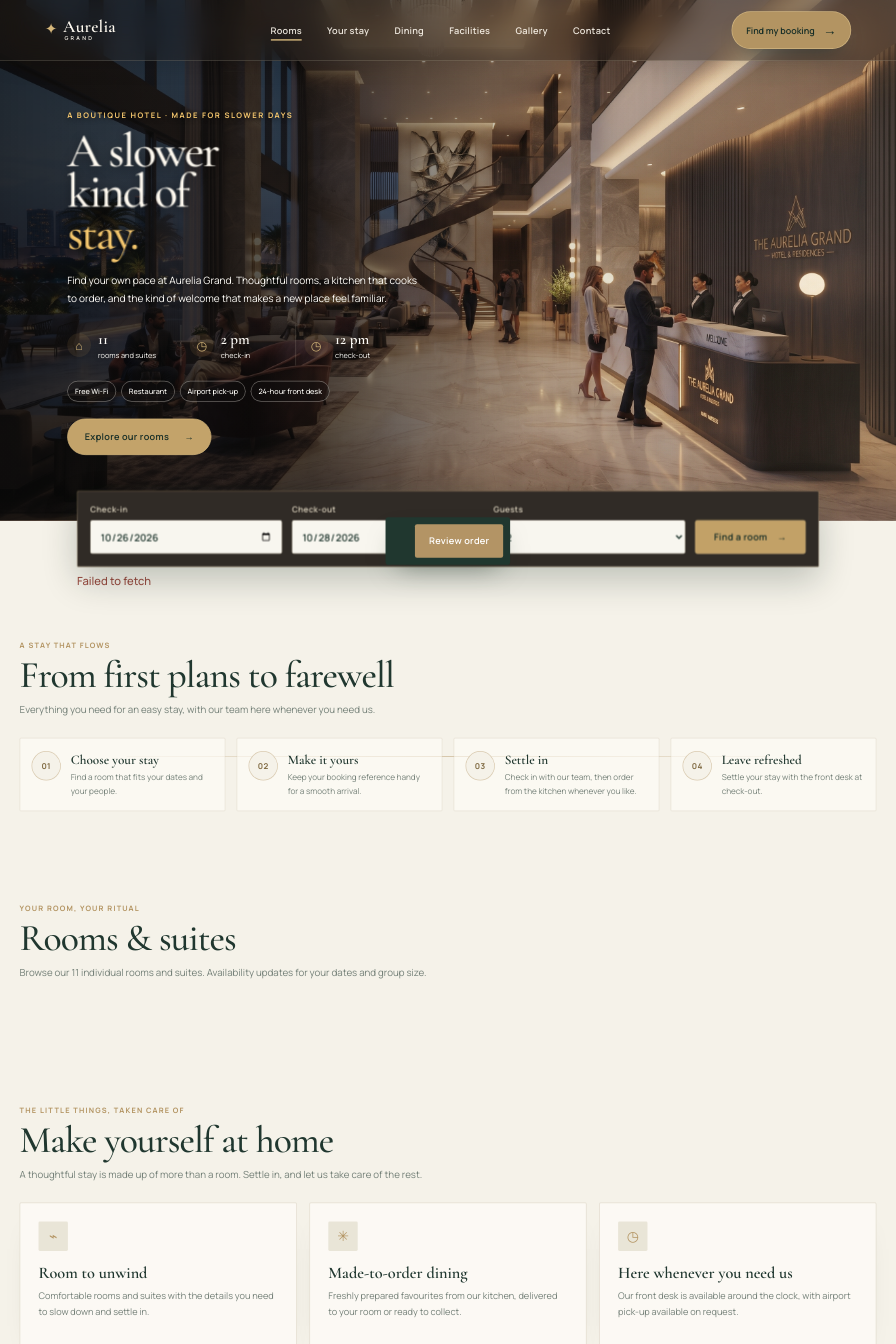
Repository: Deneththri/Hotel-System
Page: public/index.html
These files come from the project's save history. The page is drawn as it stood at one moment and after the next save; the edit follows.
The browser window is 1280 px wide. The pictures show the part of the page from y = 0 to 1920 px (the page is 3656 px tall), at 70% of full size.
The page's requests for data from a server got no answer.

Above is the page before, as saved 2026-11-08 14:23:28.

After the next save:
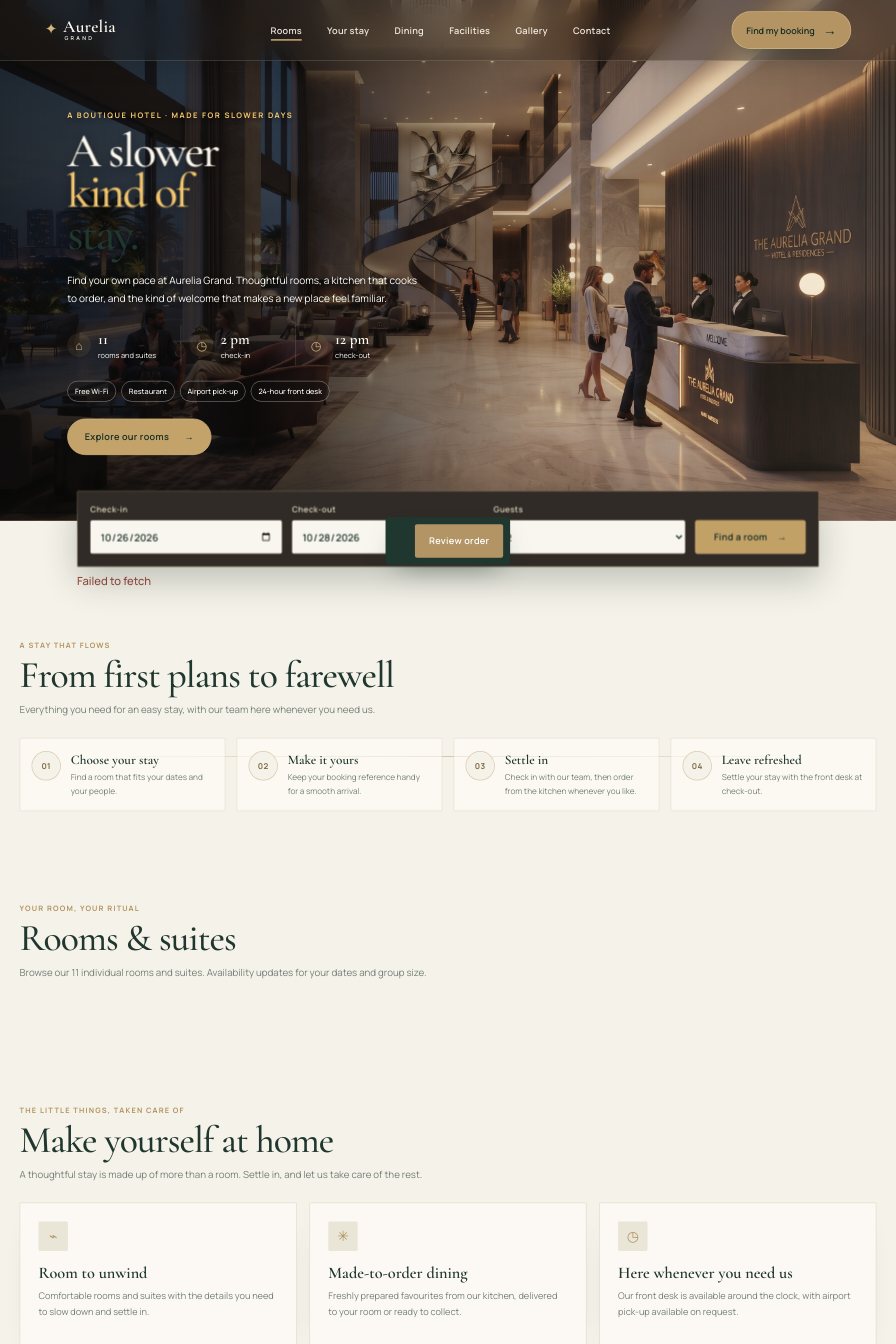
Saved 69 s later.
--- a/public/index.html
+++ b/public/index.html
@@ -36,7 +36,7 @@
     <section class="hero" id="top" aria-labelledby="heroTitle">
       <div class="hero-copy">
         <p class="eyebrow">A BOUTIQUE HOTEL · MADE FOR SLOWER DAYS</p>
-        <h1 class="hero-title" id="heroTitle"><span>A slower</span><span>kind of</span><span>stay.</span></h1>
+        <h1 class="hero-title" id="heroTitle"><span>A slower</span><span>kind of</span>stay.</span></h1>
         <p class="lead">Find your own pace at Aurelia Grand. Thoughtful rooms, a kitchen that cooks to order, and the kind of welcome that makes a new place feel familiar.</p>
         <div class="stats" aria-label="Hotel information">
           <div class="stat-item"><span class="stat-icon" aria-hidden="true">⌂</span><div><strong>11</strong><small>rooms and suites</small></div></div>

After the 2 saves that followed:
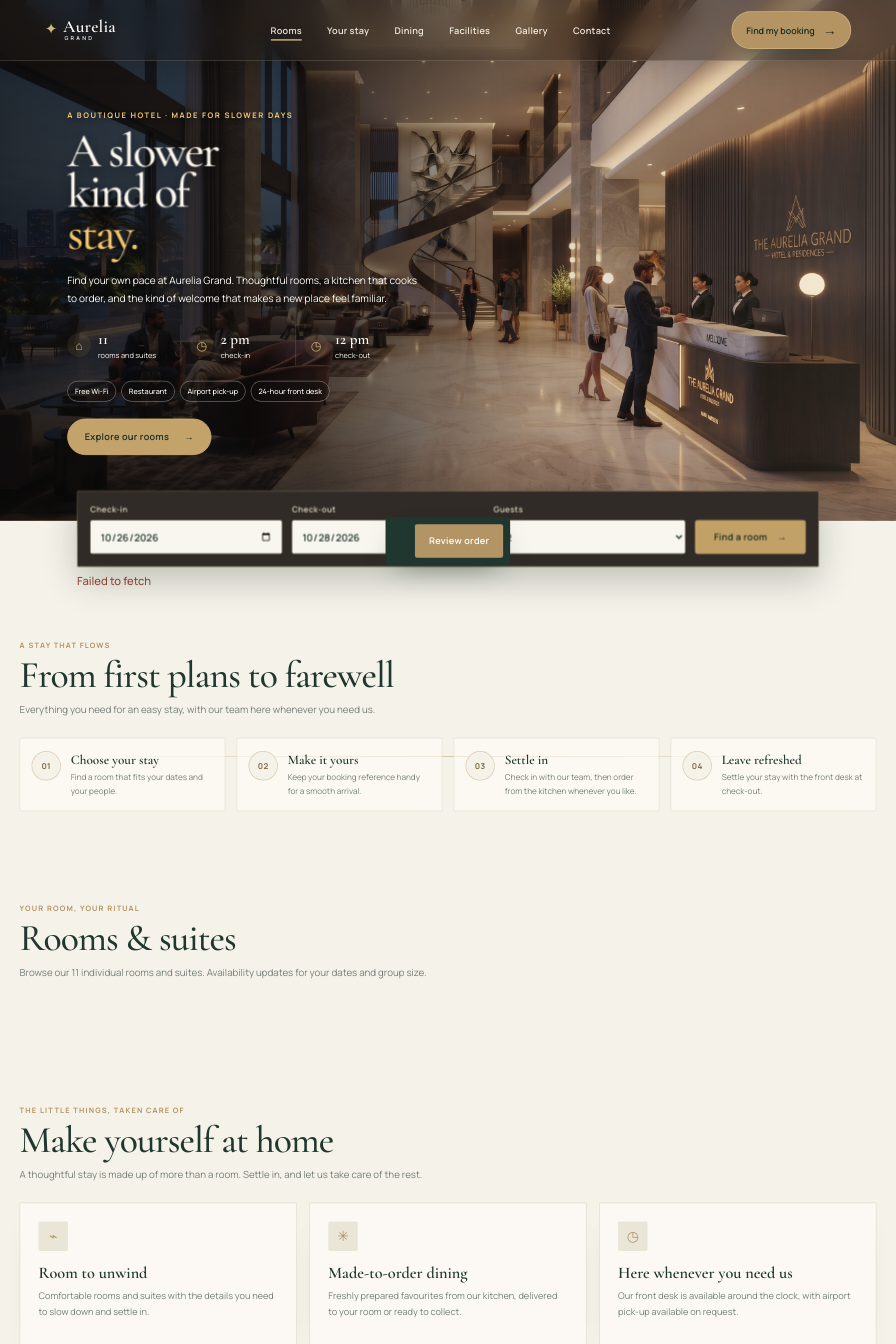
The 2 saves are shown as one change because 1 left the picture as it was.
The last was saved 21 s later.
--- a/public/index.html
+++ b/public/index.html
@@ -36,7 +36,7 @@
     <section class="hero" id="top" aria-labelledby="heroTitle">
       <div class="hero-copy">
         <p class="eyebrow">A BOUTIQUE HOTEL · MADE FOR SLOWER DAYS</p>
-        <h1 class="hero-title" id="heroTitle"><span>A slower</span><span>kind of</span>stay.</span></h1>
+        <h1 class="hero-title" id="heroTitle"><span>A slower</span><span>kind of</span><span>stay.</span></h1>
         <p class="lead">Find your own pace at Aurelia Grand. Thoughtful rooms, a kitchen that cooks to order, and the kind of welcome that makes a new place feel familiar.</p>
         <div class="stats" aria-label="Hotel information">
           <div class="stat-item"><span class="stat-icon" aria-hidden="true">⌂</span><div><strong>11</strong><small>rooms and suites</small></div></div>
